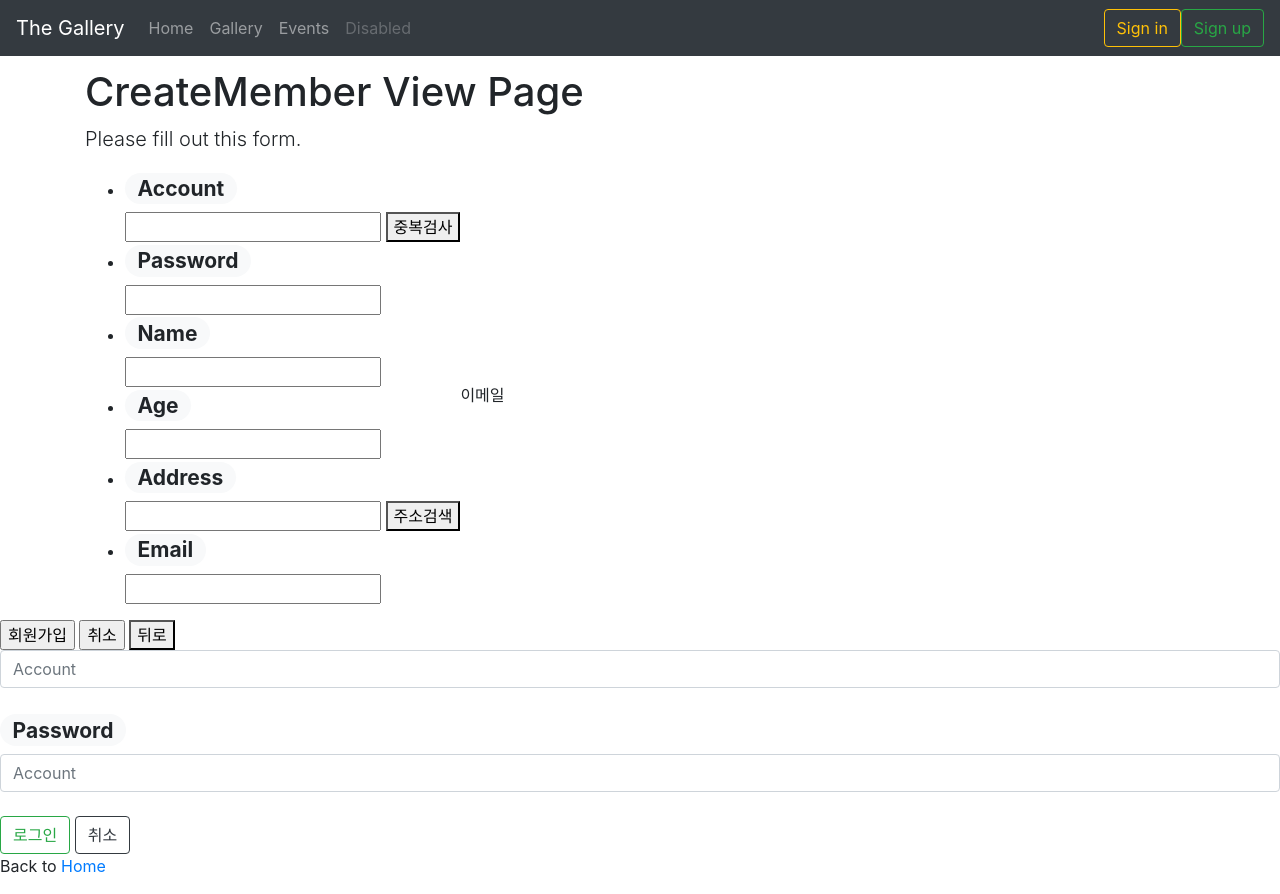
Repository: caramelsyrup/SpringProject1
Page: http://localhost/gallery/WEB-INF/views/member/createMember.jsp
The author's editor kept a copy of each file at every save. The page is drawn from the files as they stood at one save, then again after a run of saves.
The browser window is 1280 px wide. The pictures show the whole page.
The page is served by Tomcat 9. Nobody is signed in. The template is opened directly, without the code that normally fills it, so the values that code supplies are empty.

Above is the page before, as saved 2020-11-17 03:47:45.

After the next 2 saves:
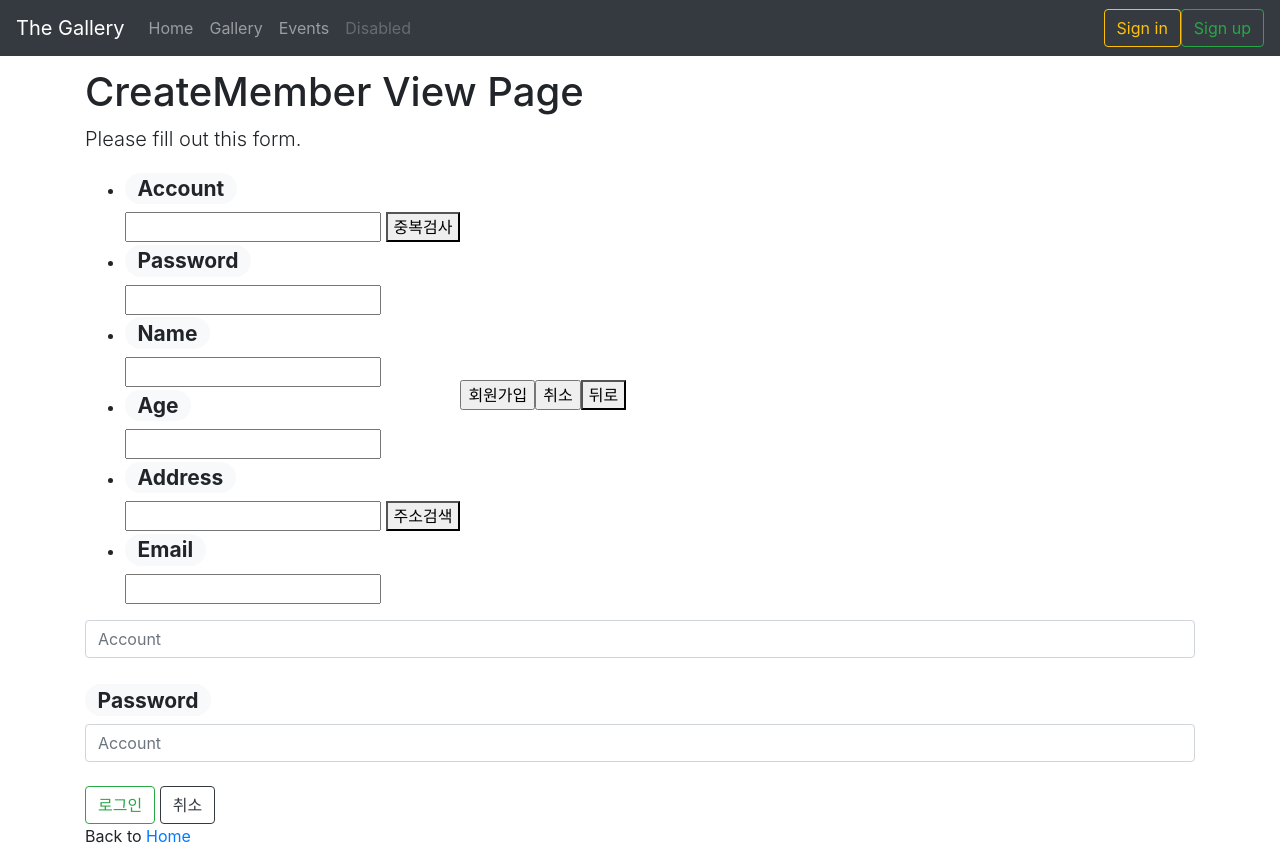
The 2 saves are shown as one change because they came seconds apart.
The last was saved 8 s later.
--- a/gallery/src/main/webapp/WEB-INF/views/member/createMember.jsp
+++ b/gallery/src/main/webapp/WEB-INF/views/member/createMember.jsp
@@ -45,13 +45,9 @@
 				<input type="email" name="email" id="email"/>
 			</li>
 		</ul>
-
-			<label>이메일</label>
-
-		</div>
 		<input type="button" id="btndoCreate" value="회원가입">
 		<input type="reset" value="취소">
-			<button type="button" onclick="history.back()">뒤로</button>
+		<button type="button" onclick="history.back()">뒤로</button>
 	</form>
 
         	<input class="form-control mr-sm-2" type="text" placeholder="Account" aria-label="Search" name="username" id="username"><br>
